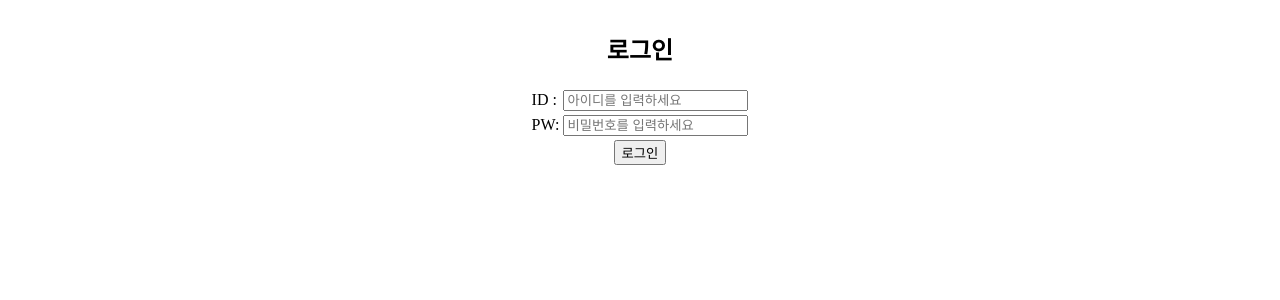
Repository: umhayun/myJSP
Page: HTML/src/main/webapp/login.html
An editor plug-in stored every save of this project. The page is shown before and after the next save, followed by the edit.
The browser window is 1280 px wide. The pictures show the whole page.

Above is the page before, as saved 2022-01-18 01:44:14.

### HTML/src/main/webapp/login.html
<!DOCTYPE html>
<html>
<head>
<meta charset="UTF-8">
<title>Insert title here</title>
</head>
<body>
<!--form태그는 데이터를 전송하기 위해서 사용 -->
<form action="">
<table align=center>
<tr>
<td colspan=2 align=center><h2>로그인</h2></td>
</tr>
<tr>
<td>ID : </td>
<td><input type="text" placeholder="아이디를 입력하세요"></td>
</tr>
<tr>
<td>PW: </td>
<td><input type="password" placeholder="비밀번호를 입력하세요"></td>
</tr>
<tr>
<td colspan=2 align=center><input type=submit value="로그인"></td>
</tr>
</table>
</form>

</body>
</html>

After the next save:
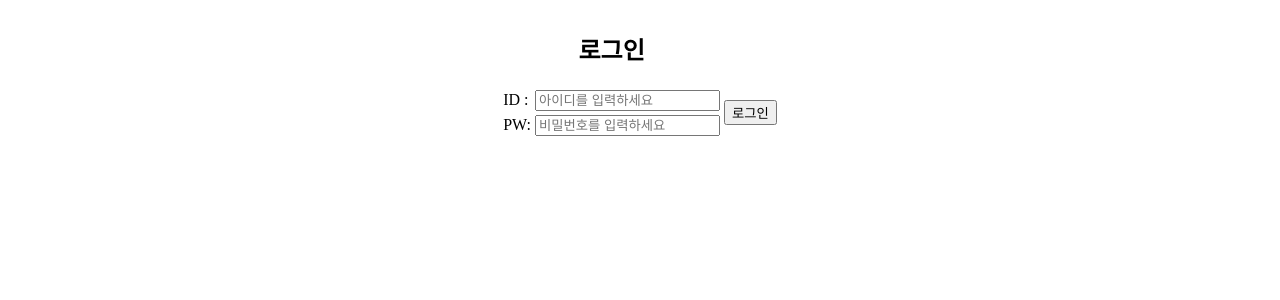
Saved 54 s later.
--- a/HTML/src/main/webapp/login.html
+++ b/HTML/src/main/webapp/login.html
@@ -14,13 +14,14 @@
 <tr>
 <td>ID : </td>
 <td><input type="text" placeholder="아이디를 입력하세요"></td>
+<td rowspan=2 align=center><input type=submit value="로그인"></td>
 </tr>
 <tr>
 <td>PW: </td>
 <td><input type="password" placeholder="비밀번호를 입력하세요"></td>
 </tr>
 <tr>
-<td colspan=2 align=center><input type=submit value="로그인"></td>
+
 </tr>
 </table>
 </form>
